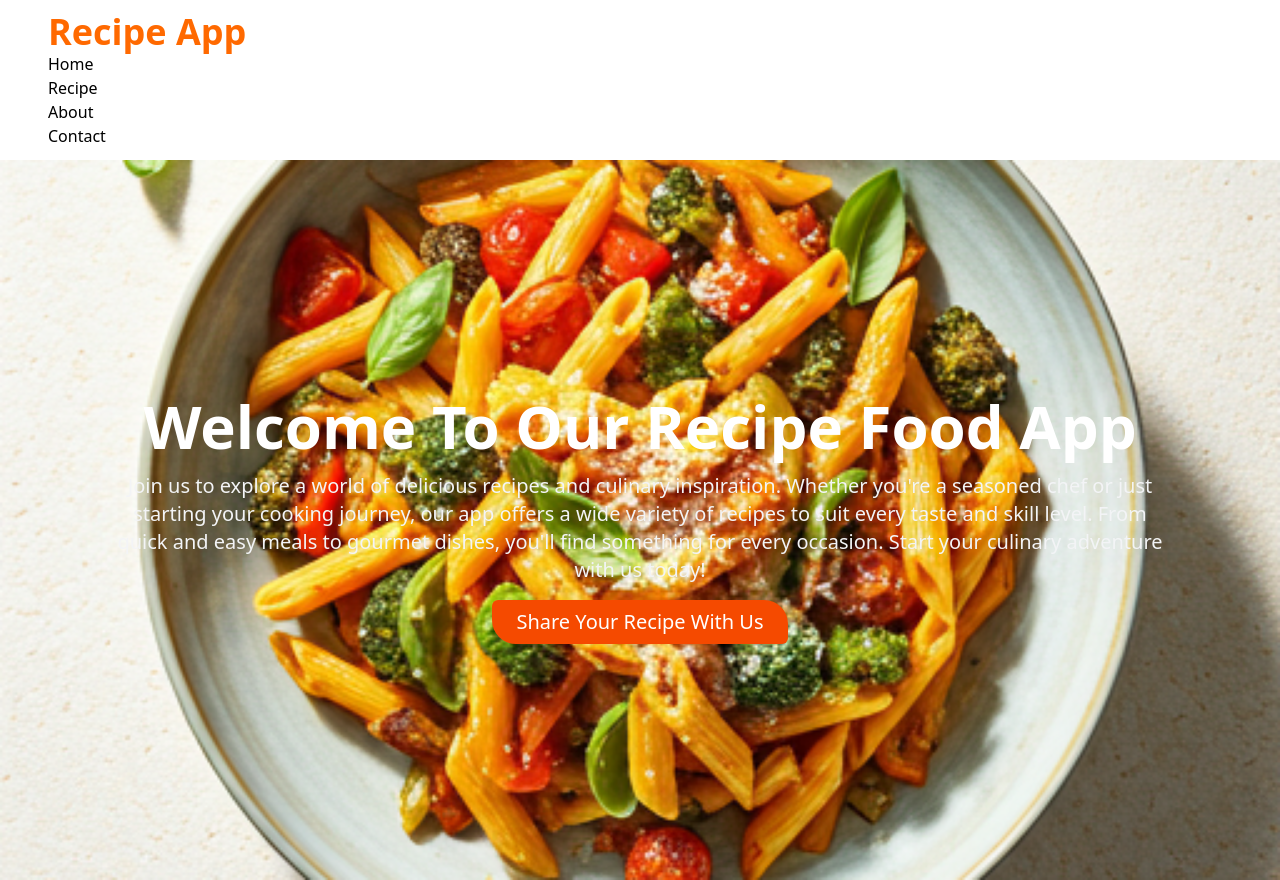
Repository: Eslam0Mohamed/mern-recipe-app
Page: / (app in FrontEnd/)
An editor plug-in stored every save of this project. The page is shown before and after a run of saves, followed by the edit.
The browser window is 1280 px wide. The pictures show the whole page.
The project was rebuilt for these pictures with package versions that can differ from the ones it lists, and the page was loaded fresh each time. Also part of the build but not shown: FrontEnd/vite.config.js.

Above is the page before, as saved 2026-05-07 18:38:50.

After the next 4 saves:
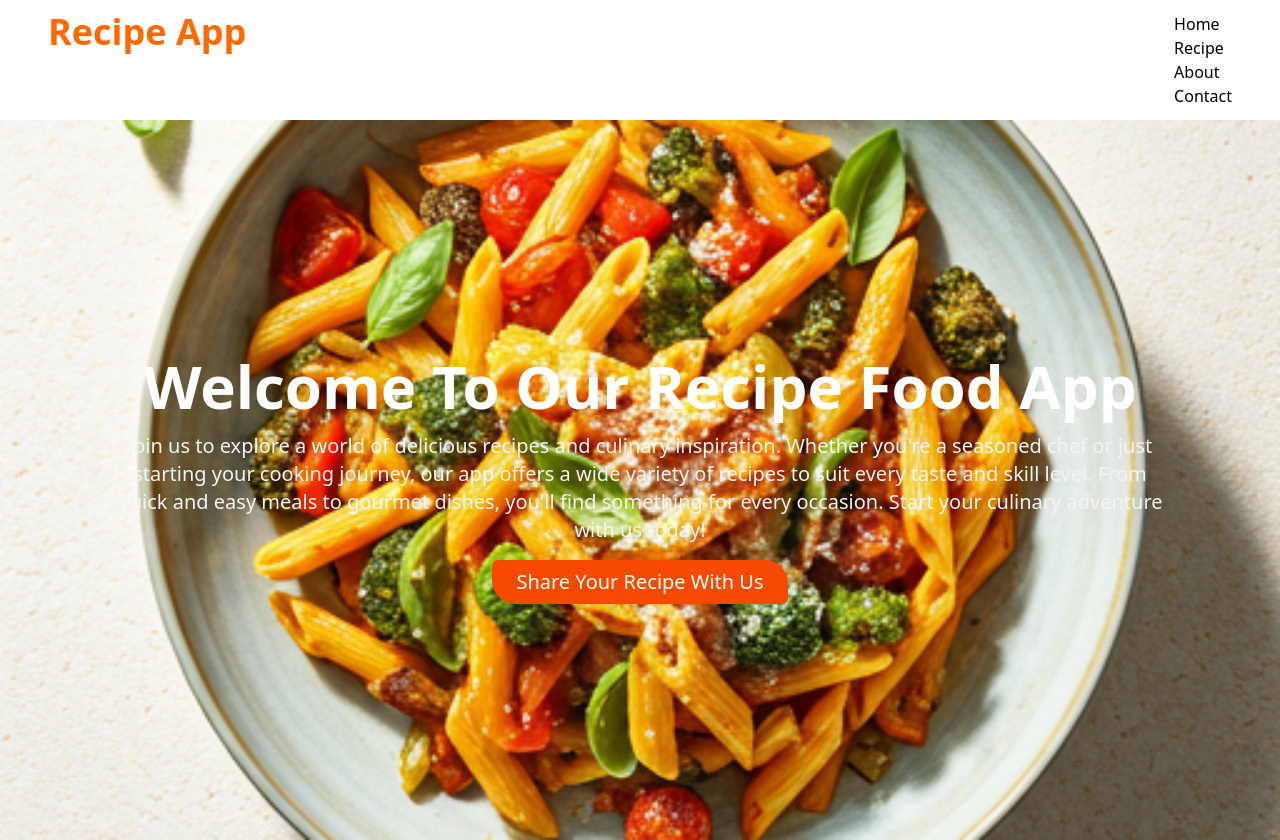
The 4 saves are shown as one change because they came seconds apart.
The last was saved 18 s later.
--- a/FrontEnd/src/components/Navbar.jsx
+++ b/FrontEnd/src/components/Navbar.jsx
@@ -3,7 +3,7 @@ import React from 'react'
 const Navbar = () => {
     return (
         <header>
-            <nav className='px-12 py-3'>
+            <nav className='px-12 py-3 flex justify-between'>
                 <div className="logo text-4xl text-orange-500 font-extrabold ">
                     Recipe App
                 </div>
